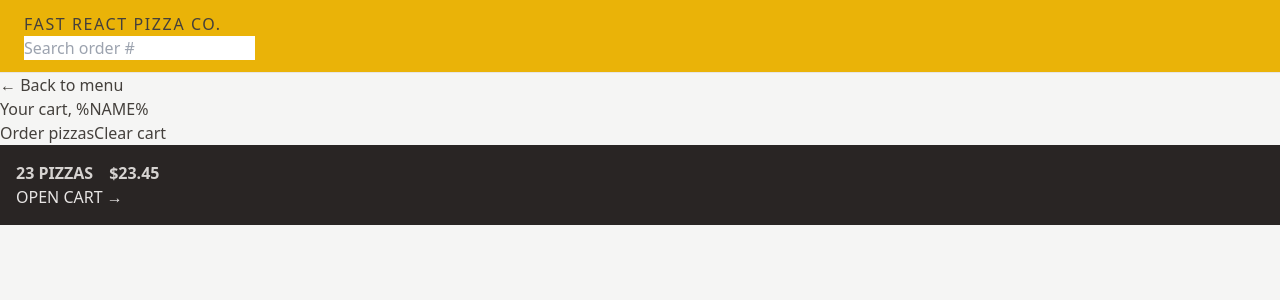
Repository: masamichan/pizza-vite
Page: /cart
These files come from the project's save history. The page is drawn as it stood at one moment and after the next save; the edit follows.
The browser window is 1280 px wide. The pictures show the whole page.
The project was rebuilt for these pictures with package versions that can differ from the ones it lists, and the page was loaded fresh each time. Also part of the build but not shown: vite.config.js, src/ui/Home.jsx, src/services/apiRestaurant.js, src/utils/helpers.js, src/features/menu/MenuItem.jsx, src/features/menu/Menu.jsx, src/features/order/CreateOrder.jsx, src/features/order/Order.jsx and 2 more. Imported but missing from the stored project, and not drawn on this page: src/features/user/CreateUser.

Above is the page before, as saved 2023-12-22 09:47:16.

After the next save:
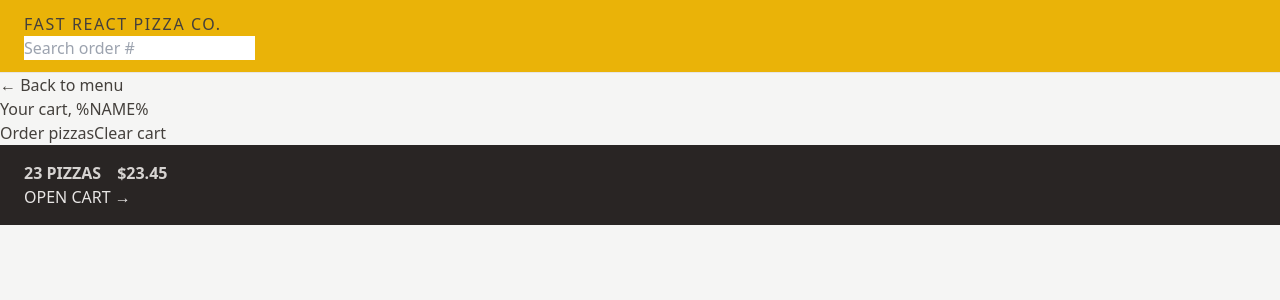
Saved 4 min 33 s later.
--- a/src/features/cart/CartOverview.jsx
+++ b/src/features/cart/CartOverview.jsx
@@ -1,9 +1,9 @@
-import { Link } from "react-router-dom";
+import { Link } from 'react-router-dom';
 
 function CartOverview() {
   return (
-    <div className="bg-stone-800 p-4 uppercase text-stone-200" >
-      <p className="space-x-4 font-semibold text-stone-300">
+    <div className="bg-stone-800 px-4 py-4 uppercase text-stone-200 sm:px-6">
+      <p className="sm-space-x-6 space-x-4 font-semibold text-stone-300">
         <span>23 pizzas</span>
         <span>$23.45</span>
       </p>
